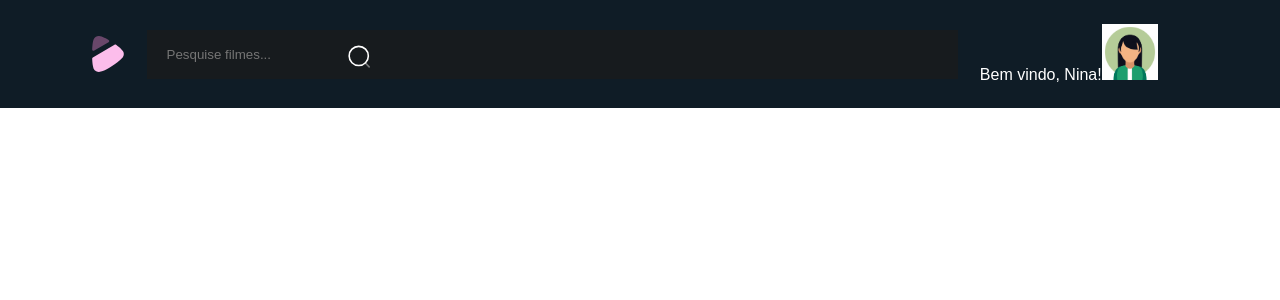
Repository: MilenaMelo/Cubos-Flix
Page: / (app in cubos-flix/)
These files come from the project's save history. The page is drawn as it stood at one moment and after the next save; the edit follows.
The browser window is 1280 px wide. The pictures show the whole page.
The project was rebuilt for these pictures with package versions that can differ from the ones it lists, and the page was loaded fresh each time.

Above is the page before, as saved 2021-06-19 13:18:02.

After the next save:
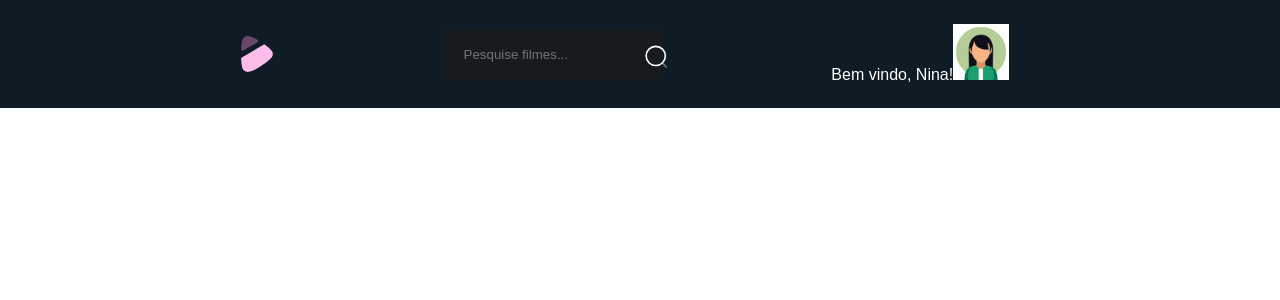
Saved 36 s later.
--- a/cubos-flix/src/components/Navbar/style.css
+++ b/cubos-flix/src/components/Navbar/style.css
@@ -8,7 +8,6 @@
 }
 
 .search-container {
-    width: 70%;
     padding: 14px 16px;
 }
 

After the save that followed:
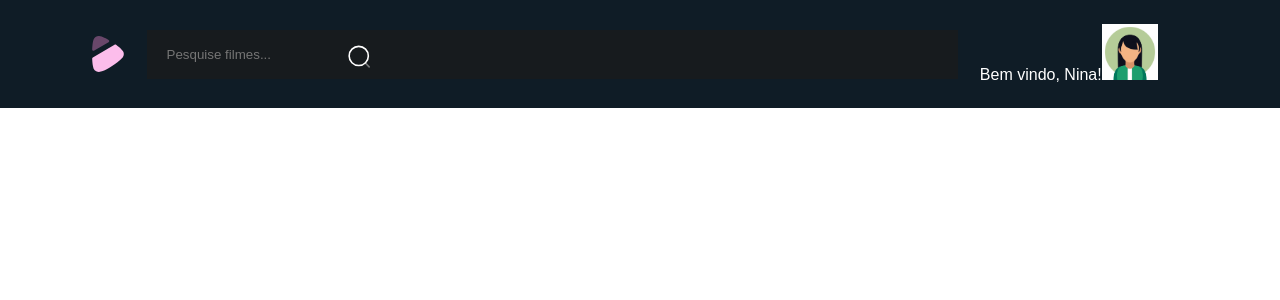
Saved 4 s later.
--- a/cubos-flix/src/components/Navbar/style.css
+++ b/cubos-flix/src/components/Navbar/style.css
@@ -8,6 +8,7 @@
 }
 
 .search-container {
+    width: 70%;
     padding: 14px 16px;
 }
 
